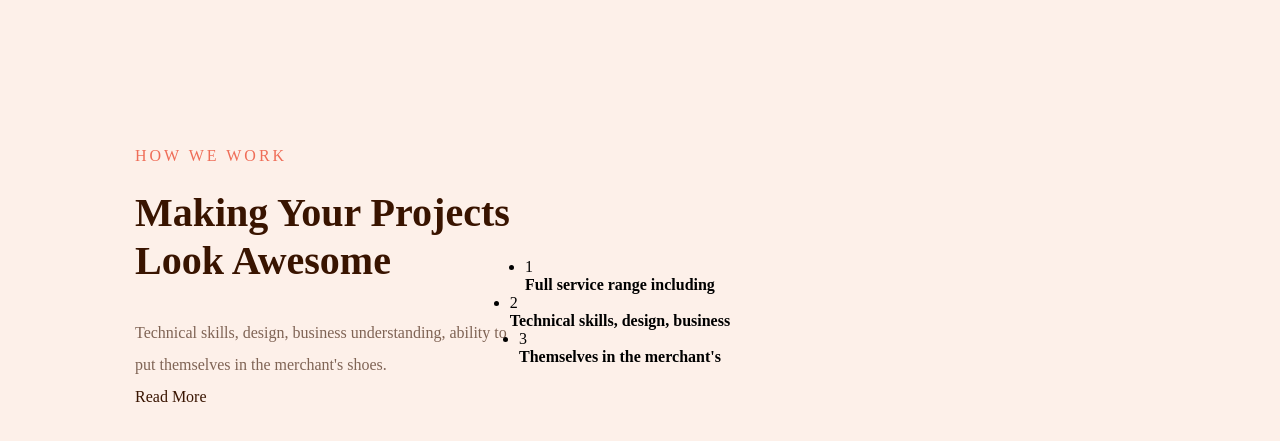
Repository: kubrazamanova/Project-3
Page: index.html
An editor plug-in stored every save of this project. The page is shown before and after a run of saves, followed by the edit.
The browser window is 1280 px wide. The pictures show the whole page.

Above is the page before, as saved 2023-09-13 19:19:56.

### index.html
<!DOCTYPE html>
<html lang="en">
  <head>
    <meta charset="UTF-8" />
    <meta name="viewport" content="width=device-width, initial-scale=1.0" />
    <link rel="stylesheet" href="index.css" />
    <title>Document</title>
  </head>
  <body>
    <div class="container">
   <div class="text-container">
    <h1>How we work</h1>
    <h2>
      Making Your Projects <br />
      Look Awesome
    </h2>
    <p>
      Technical skills, design, business understanding, ability to <br />
      put themselves in the merchant's shoes.
    </p>
    <a href="#">Read More</a>

   </div>


        <ul>
          <li>
            <span>1</span>
            <h4>Full service range including</h4>
          </li>
          <li>
            <span>2</span>
            <h4>Technical skills, design, business</h4>
          </li>
          <li>
            <span>3</span>
            <h4>Themselves in the merchant's</h4>
          </li>
        </ul>

    </div>
  </body>
</html>

### index.css
* {
  margin: 0;
  padding: 0;
  box-sizing: border-box;
}

.container {
  padding: 140px 0 236px 135px;
  min-height: 100vh;
  background-color: #fdf0e9;
  display: flex;
}
.container h1 {
  color: var(--Text_Dark_Accent, #ef6d58);
  font-feature-settings: "clig" off, "liga" off;
  font-family: Epilogue;
  font-size: 16px;
  font-style: normal;
  font-weight: 400;
  line-height: 32px;
  letter-spacing: 3px;
  text-transform: uppercase;
}
.container h2 {
  margin-top: 17px;
  color: var(--Text_Dark, #391400);
  font-feature-settings: "clig" off, "liga" off;
  font-family: Epilogue;
  font-size: 40px;
  font-style: normal;
  font-weight: 800;
  line-height: 48px;
}

.container p {
  margin-top: 32px;
  color: var(--Text_Dark_Gray, rgba(57, 20, 0, 0.64));
  font-feature-settings: "clig" off, "liga" off;
  font-family: Epilogue;
  font-size: 16px;
  font-style: normal;
  font-weight: 400;
  line-height: 32px;
}

.container a {
  margin-top: 28px;
  color: var(--Text_Dark, #391400);
  font-feature-settings: "clig" off, "liga" off;
  font-family: Epilogue;
  font-size: 16px;
  font-style: normal;
  font-weight: 400;
  line-height: 32px;
  text-decoration: none;
}

ul {
display: flex;
align-items: center;
justify-content: center;
flex-direction: column;

}

.lesson ul li {
  display: flex;
    align-items: center;
  list-style-type: none;
}

.lesson ul li span {
    margin-right: 66px;
  color: #391400;
  font-feature-settings: "clig" off, "liga" off;
  font-family: Epilogue;
  font-size: 72px;
  font-style: normal;
  font-weight: 800;
  line-height: 80px;
  letter-spacing: -2px;
}

.lesson ul li h4 {
  color: var(--Text_Dark, #391400);
  font-feature-settings: "clig" off, "liga" off;
  font-family: Epilogue;
  font-size: 24px;
  font-style: normal;
  font-weight: 700;
  line-height: 32px;
}

After the next 2 saves:
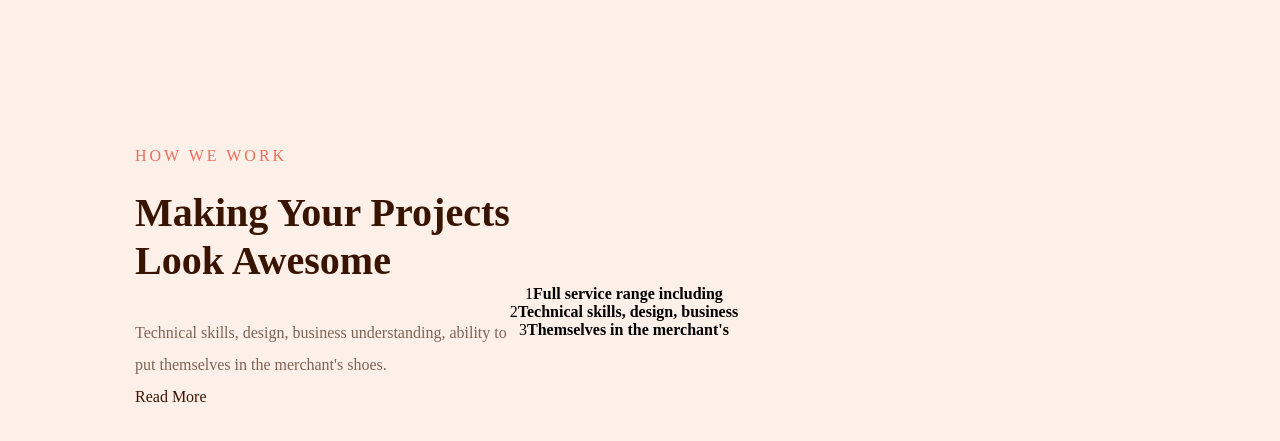
The 2 saves are shown as one change because they came seconds apart.
The last was saved 11 s later.
--- a/index.css
+++ b/index.css
@@ -63,7 +63,7 @@ flex-direction: column;
 
 }
 
-.lesson ul li {
+ ul li {
   display: flex;
     align-items: center;
   list-style-type: none;
